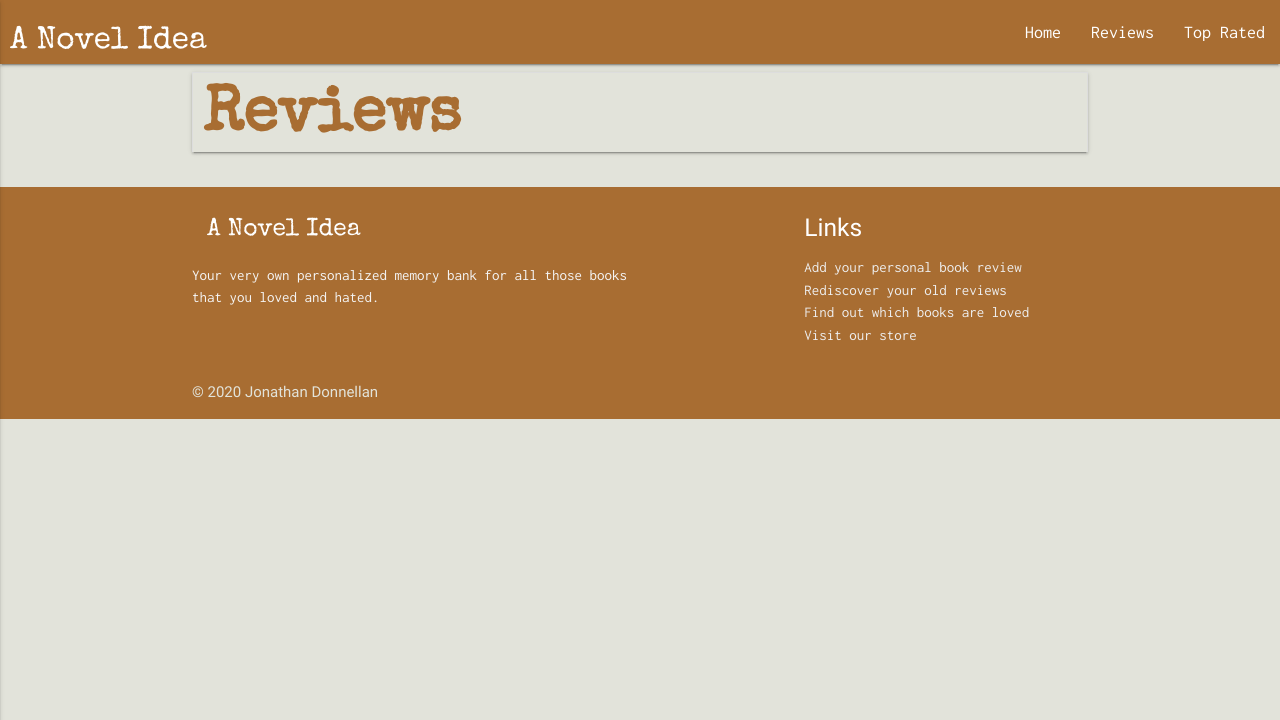
Repository: johnny-don/a-novel-idea
Page: http://localhost/
The author's editor kept a record of every edit. The page is drawn from the files as they stood at one moment, then again after the next edit.
The browser window is 1280 px wide. The pictures show the whole page.
Some web libraries are served in a nearby version. The page is served by the project's application, run on Flask 3 (app.py). Queries for data that is not in the repository find no rows.

Above is the page before.

### templates/reviews.html
{% extends 'base.html' %} {% block content %}
<div class="row">
<div class="col s12 sections">
<ul class="collapsible" data-collapsible="accordian">
    <h1 class="headline">Reviews</h1>
    {% for review in reviews %}
    <li>
        <div class="collapsible-header review-section">

            <div class="review-section">
                <i class="material-icons">expand_more</i>
                <i class="material-icons prefix text-font icons">title</i>{{review.title.upper()}}  <i class="material-icons prefix text-font icons">perm_identity</i>
                <strong>  {{review.author}}</strong>
                <i class="material-icons prefix text-font icons">event_seat</i> <em>{{review.genre}}</em>
                <i class="material-icons prefix text-font icons">grade</i> {{review.rating}}
                </div>
                <div>
                <a href="{{url_for('edit_review', review_id=review._id)}}" class="waves-effect waves-light btn-small text-font icons">Edit</a>
                <a href="{{url_for('delete_review', review_id=review._id)}}" class="waves-effect waves-light btn-small text-font icons">Delete</a>
            </div>
            </div>

        <div class="collapsible-body">
            <span class="text-font">{{review.review}}</span>
        </div>

    </li>


    {% endfor %}
    </div>
</ul>
 </div>
 </div>

{% endblock %}

### templates/base.html
<!DOCTYPE html>
<html lang="en">

<head>
    <meta charset="UTF-8">
    <meta name="viewport" content="width=device-width, initial-scale=1.0">
    <meta http-equiv="X-UA-Compatible" content="ie=edge">
    <link rel="stylesheet" href="{{url_for('static', filename='css/style.css')}}" type="text/css"/>
    <link href="https://fonts.googleapis.com/icon?family=Material+Icons" rel="stylesheet">
    <link rel="stylesheet" href="https://cdnjs.cloudflare.com/ajax/libs/materialize/0.100.2/css/materialize.min.css">
    <link href="https://fonts.googleapis.com/css?family=Special+Elite&display=swap" rel="stylesheet">


    <title>A Novel Idea</title>
</head>

<body>
      <header>
        <nav class="nav-foot">
            <div class="nav-wrapper">
                <a href="{{url_for('add_review')}}" class=" brand brand-logo">A Novel Idea</a>
                <a href="#" data-activates="mobile-demo" class="button-collapse"><i class="material-icons">menu</i></a>
                <ul id="nav-mobile" class="right hide-on-med-and-down">
                    <li><a href="{{url_for('add_review')}}" class="text-font menu-link">Home</a></li>
                    <li><a href="{{url_for('get_reviews')}}" class="text-font menu-link">Reviews</a></li>
                    <li><a href="{{url_for('top_rated')}}" class="text-font menu-link">Top Rated</a></li>
                </ul>
                <ul class="side-nav" id="mobile-demo">
                     <li><a href="{{url_for('add_review')}}" class="text-font">Home</a></li>
                    <li><a href="{{url_for('get_reviews')}}" class="text-font">Reviews</a></li>
                    <li><a href="{{url_for('top_rated')}}" class="text-font">Top Rated</a></li>
                </ul>
            </div>
        </nav>
    </header>


   <div class="container main-section">
    {% block content %}
    {% endblock %}
    </div>


    <footer class="footer nav-foot">
          <div class="container">
            <div class="row">
              <div class="col l6 s12">
                <h5 class="white-text brand">A Novel Idea</h5>
                <p class="grey-text text-lighten-4 text-font">Your very own personalized memory bank for all those books that you loved and hated. </p>
              </div>
              <div class="col l4 offset-l2 s12">
                <h5 class="white-text">Links</h5>
                <ul>

                  <li><a class="grey-text text-lighten-3 text-font" href="{{url_for('add_review')}}">Add your personal book review</a></li>
                  <li><a class="grey-text text-lighten-3 text-font" href="{{url_for('get_reviews')}}">Rediscover your old reviews</a></li>
                  <li><a class="grey-text text-lighten-3 text-font" href="{{url_for('top_rated')}}">Find out which books are loved</a></li>
                  <li><a class="grey-text text-lighten-3 text-font" href="https://last-bookshop.business.site/">Visit our store</a></li>

                </ul>
              </div>
            </div>
          </div>
          <div class="footer-copyright">
            <div class="container">
            © 2020 Jonathan Donnellan

            </div>
          </div>
        </footer>








    <script src="https://cdnjs.cloudflare.com/ajax/libs/jquery/3.2.1/jquery.min.js"></script>
    <script src="https://cdnjs.cloudflare.com/ajax/libs/materialize/0.100.2/js/materialize.min.js"></script>
    <script type="text/javascript">
        $(document).ready(function() {
            $('.collapsible').collapsible();
            $(".button-collapse").sideNav();
            $('.slider').slider();
        });
    </script>
</body>

</html>

### app.py
import os
from flask import Flask, render_template, redirect, request, url_for, request
from flask_pymongo import PyMongo
from bson.objectid import ObjectId


app = Flask(__name__)
app.config["MONGO_DBNAME"] = 'novel_idea'
app.config["MONGO_URI"] = 'mongodb+srv://johnny_don:2gardensmon@cluster0-kzp63.mongodb.net/novel_idea?retryWrites=true&w=majority'


mongo = PyMongo(app)


@app.route('/')


@app.route('/get_reviews')
def get_reviews():
    return render_template("reviews.html", reviews=mongo.db.info.find())

@app.route('/add_review')
def add_review():
    return render_template('addreview.html')

@app.route('/submit_review', methods=['POST'])
def submit_review():
    info = mongo.db.info
    info.insert_one(request.form.to_dict())
    return redirect(url_for('get_reviews'))

@app.route('/edit_review/<review_id>')
def edit_review(review_id):
    the_review = mongo.db.info.find_one({"_id": ObjectId(review_id)})
    return render_template('editreview.html', review=the_review)


@app.route('/update_review/<review_id>', methods=["POST"])
def update_review(review_id):
    reviews=mongo.db.info
    reviews.update( {'_id': ObjectId(review_id)},
    {
        'title':request.form.get('title'),
        'author':request.form.get('author'),
        'genre':request.form.get('genre'),
        'rating':request.form.get('rating'),
        'review':request.form.get('review')
    })

    return redirect(url_for('get_reviews'))

@app.route('/delete_review/<review_id>')
def delete_review(review_id):
    mongo.db.info.remove({'_id': ObjectId(review_id)})
    return redirect(url_for('get_reviews'))



@app.route('/top_rated')
def top_rated():
    return render_template("toprated.html", ratings=mongo.db.info.find().sort("rating", -1))





if __name__ == '__main__':
    app.run(host=os.environ.get('IP'),
            port=int(os.environ.get('PORT')),
            debug=True)

### static/css/style.css
@import url('https://fonts.googleapis.com/css?family=Special+Elite&display=swap');
@import url('https://fonts.googleapis.com/css?family=Inconsolata&display=swap');
@import url('https://fonts.googleapis.com/css?family=Inconsolata&display=swap');

/* buttons */

body {
        background-color: #e2e3da;
}


.btn-small {
    margin-left: 15px;
    margin-top: 10px;
    margin-bottom: 10px;
    margin-right: 10px;
    padding: 5px;
    background-color: #a86d32;
    color: white;
    font-family: 'Inconsolata', monospace;
}

/* fonts */

.brand {
   font-family: 'Special Elite', cursive;
   margin-left: 30px;
   padding: 5px;
}

.headline {
   font-family: 'Special Elite', cursive;
    font-weight: bold;
    color: #a86d32;
    margin: 10px;
}


.text-font {
    font-family: 'Inconsolata', monospace;
}

/* navbar */

.brand {
   font-family: 'Special Elite', cursive;
   margin: 10px;
   padding: 5px;
}

.menu-link {
    font-size: larger;

}

.side-nav {
   background-color: #a86d32;
}

.nav-foot {

    background-color: #a86d32;
}

/* footer */

.footer {
    padding-top: 15px;
    padding-bottom: 15px;
    color: #e2e3da;
    background-color: #a86d32;
}

/* icons */

.material-icons {
    margin: 10px;

}

/* image slider */

.slider-text {
    font-family: 'Inconsolata', monospace;
    color: #e2e3da;
    font-weight: bolder;

}

.icons {
    margin: 10px;

}

.review-section {
    margin: 20px;
}

.review-section {
    margin-top: 30px;
    margin-bottom: 30px;
}

After the next edit:
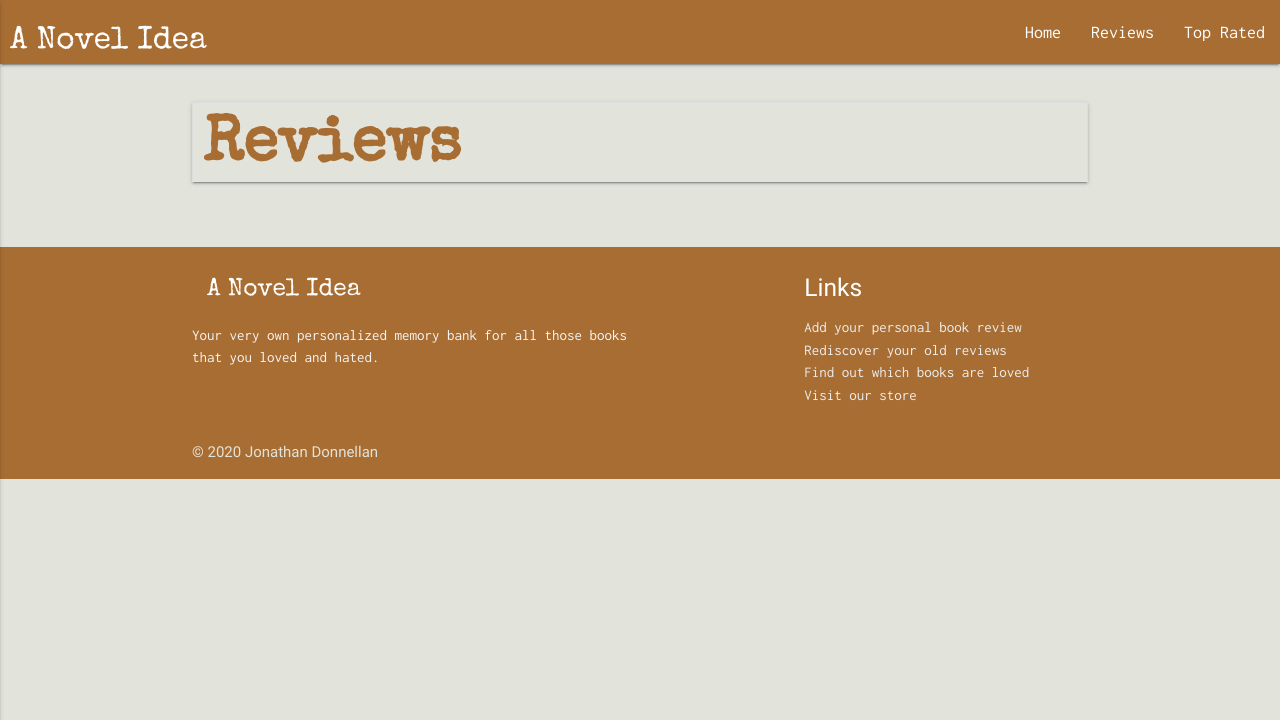
The edit:
--- a/static/css/style.css
+++ b/static/css/style.css
@@ -96,7 +96,7 @@
     margin: 20px;
 }
 
-.review-section {
+.sections {
     margin-top: 30px;
     margin-bottom: 30px;
 }
